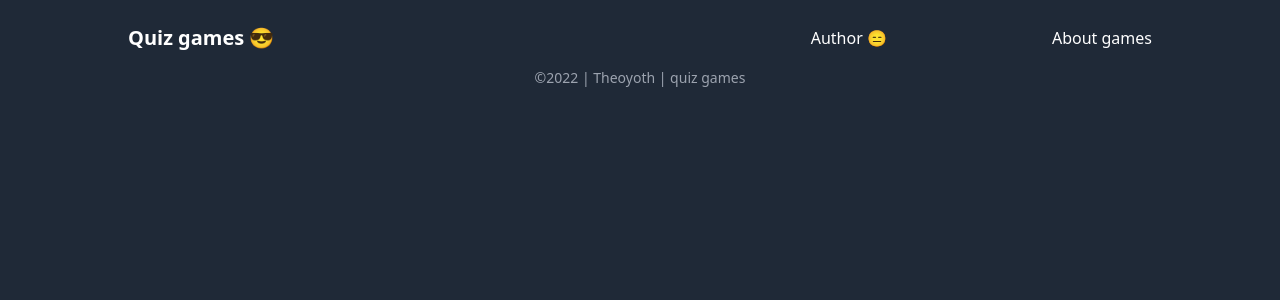
Repository: theoyoth/quiz-game
Page: /author
An editor plug-in stored every save of this project. The page is shown before and after the next save, followed by the edit.
The browser window is 1280 px wide. The pictures show the whole page.
The project was rebuilt for these pictures with package versions that can differ from the ones it lists, and the page was loaded fresh each time. The framework's server and built-in components were replaced by stand-ins that run in the browser. Also part of the build but not shown: nuxt.config.js, components/EndPage.vue, components/Loading.vue, layouts/404.vue, layouts/error.vue, layouts/errorLayout.vue.

Above is the page before, as saved 2022-06-16 20:01:10.

After the next save:
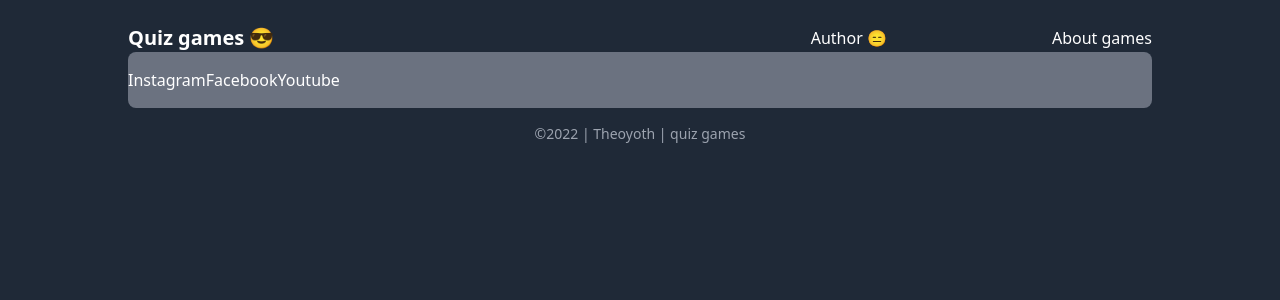
Saved 2 min 3 s later.
--- a/pages/author.vue
+++ b/pages/author.vue
@@ -1,5 +1,11 @@
 <template>
-
+  <div>
+    <div class="bg-gray-500 rounded-lg py-4">
+      <NuxtLink to="/game">Instagram</NuxtLink>
+      <NuxtLink to="/game">Facebook</NuxtLink>
+      <NuxtLink to="/game">Youtube</NuxtLink>
+    </div>
+  </div>
 </template>
 
 <script>
